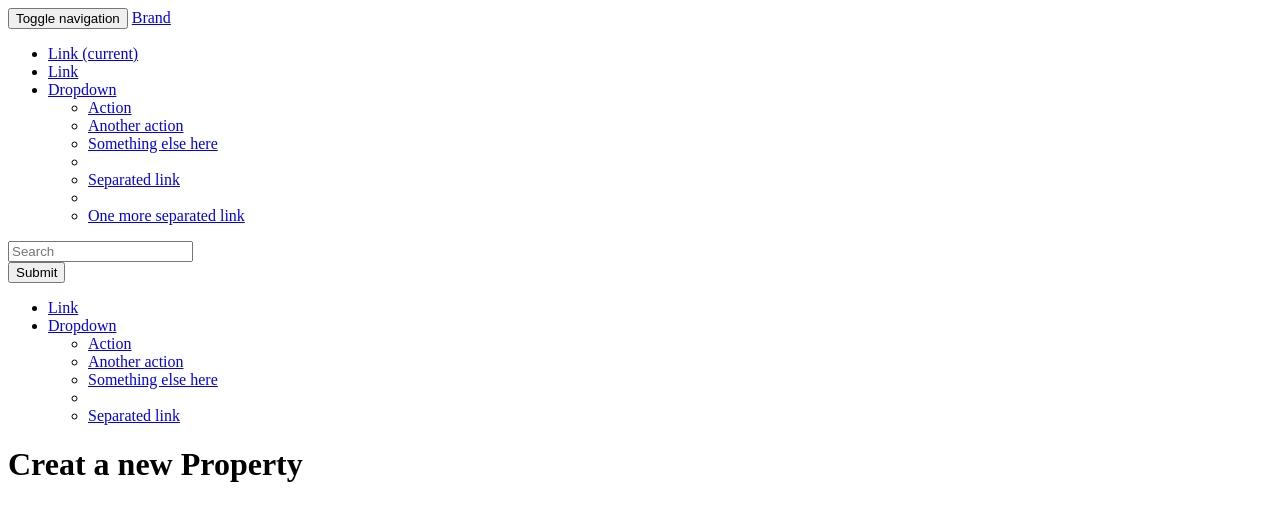
Repository: djoysilva/vivaRealChallenge
Page: http://localhost/vivaReal2.0/createProperty.jsp
The author's editor kept a copy of each file at every save. The page is drawn from the files as they stood at one save, then again after the next save.
The browser window is 1280 px wide. The pictures show the whole page.
The page is served by Tomcat 9.

Above is the page before, as saved 2016-11-02 19:22:31.

After the next save:
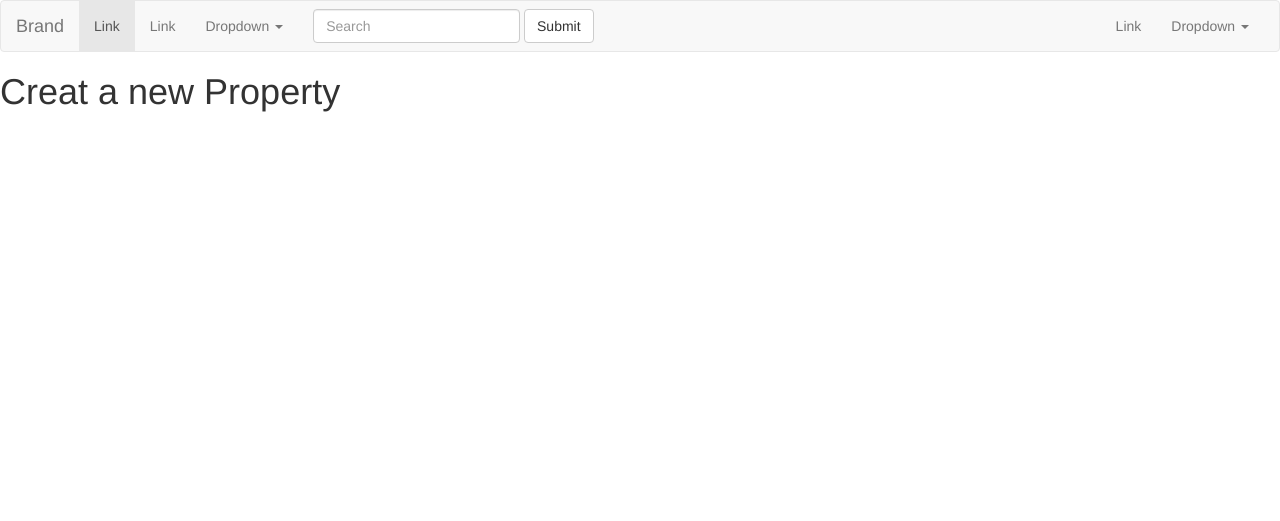
Saved 35 s later.
--- a/VivaRealWorkSpace/vivaReal2.0/WebContent/createProperty.jsp
+++ b/VivaRealWorkSpace/vivaReal2.0/WebContent/createProperty.jsp
@@ -4,6 +4,7 @@
 <html>
 <head>
 <meta http-equiv="Content-Type" content="text/html; charset=ISO-8859-1">
+<%@ include file = "include.jsp"%>
 <title>Create a new property</title>
 </head>
 <body>
